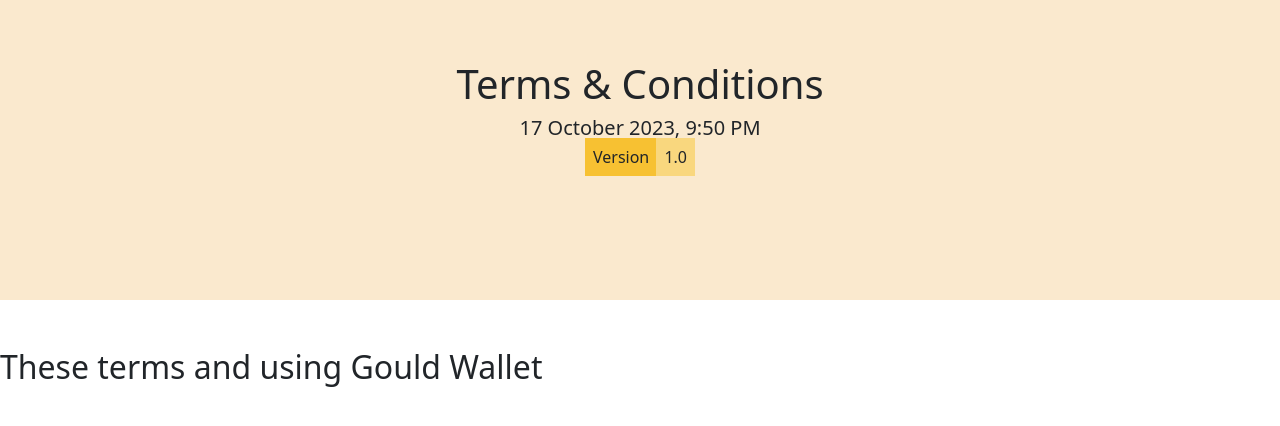
Repository: injectGroup/github.io
Page: terms.html
These files come from the project's save history. The page is drawn as it stood at one moment and after the next save; the edit follows.
The browser window is 1280 px wide. The pictures show the whole page.

Above is the page before, as saved 2023-11-30 07:34:42.

### terms.html
<!doctype html>
<html lang="en">

<head>
    <meta charset="utf-8">
    <meta name="viewport" content="width=device-width, initial-scale=1">
    <title>Bootstrap demo</title>
    <!-- GOULD CUSTOM CSS-->
    <link rel="stylesheet" href="/gouldwalletlegal/css/gouldcustom.css">
    <!--- BOOTSTRAP CDN -->
    <link href="https://cdn.jsdelivr.net/npm/bootstrap@5.3.2/dist/css/bootstrap.min.css" rel="stylesheet"
        integrity="sha384-T3c6CoIi6uLrA9TneNEoa7RxnatzjcDSCmG1MXxSR1GAsXEV/Dwwykc2MPK8M2HN" crossorigin="anonymous">
</head>

<body>
    <!-- Content here -->
    <div class="container-fluid text-center terms-content">
        <div class="row align-items-center">
            <div class="col align-self-center">
                <h1 class="text-center">
                    Terms & Conditions
                </h1>
            </div>
        </div>
        <div class="row align-items-center">
            <h5 class="version-date">
                17 October 2023, 9:50 PM
            </h5>
            <div class="col align-self-center">
                <h6 class="text-center">
                    <span class="version p-2">Version</span>
                    <span class="version-number p-2">1.0</span>
                </h6>
            </div>

        </div>
    </div>
    <!-- BODY -->
    <div class="container- mt-5">
        <h2>These terms and using Gould Wallet</h2>
    </div>
    <!-- BOOTSTRAP JS-->
    <script src="https://cdn.jsdelivr.net/npm/bootstrap@5.3.2/dist/js/bootstrap.bundle.min.js"
        integrity="sha384-C6RzsynM9kWDrMNeT87bh95OGNyZPhcTNXj1NW7RuBCsyN/o0jlpcV8Qyq46cDfL"
        crossorigin="anonymous"></script>
</body>

</html>

### gouldwalletlegal/css/gouldcustom.css
/*
 *AUTHOR: Abdulkadir Mohammed @ Inject
 *DATE: Wed 29 November 2023
  *
 *This is a custom css for gould wallet.
 */
/*****************************
 *********** HEAD ***********
 *****************************/
.terms-content {
    background-color: #FAE9CE;
    height: 300px;
    width: 100%;
    padding-top: 60px;

}

.version {
    background-color: #F7C132;
    width: 100px;
    margin-right: -5px;
}

.version-number {
    background-color: #F9D77E;
}


/*****************************
  *********** BODY ***********
 *****************************/

/*****************************
 *********** FOOTER ***********
*****************************/

After the next save:
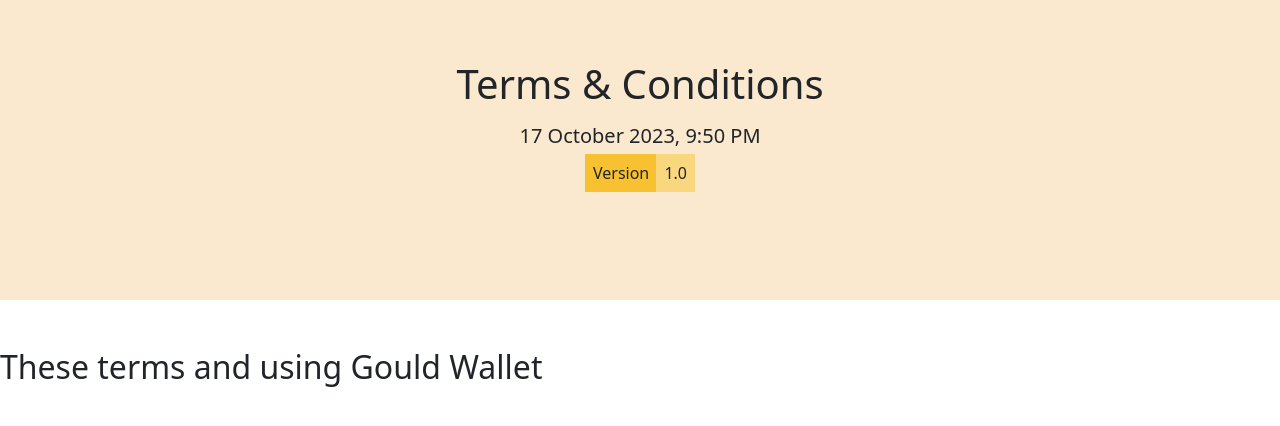
Saved 27 s later.
--- a/terms.html
+++ b/terms.html
@@ -23,7 +23,7 @@
             </div>
         </div>
         <div class="row align-items-center">
-            <h5 class="version-date">
+            <h5 class="version-date p-2">
                 17 October 2023, 9:50 PM
             </h5>
             <div class="col align-self-center">
